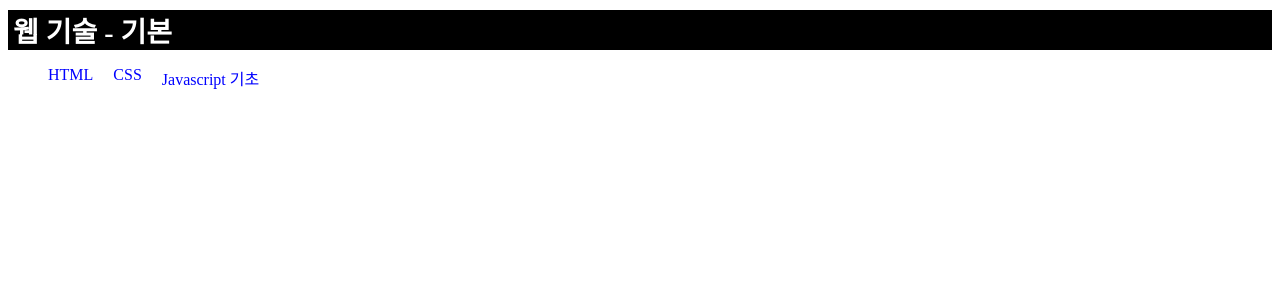
Repository: dudadab/Hhyundaiezwel_Academy
Page: CSS01/src/main/webapp/test1.html
These files come from the project's save history. The page is drawn as it stood at one moment and after a run of saves; the edit follows.
The browser window is 1280 px wide. The pictures show the whole page.

Above is the page before, as saved 2025-07-02 06:43:40.

### CSS01/src/main/webapp/test1.html
<!DOCTYPE html>
<html>
<head>
<meta charset="UTF-8">
<title>Insert title here</title>
	<style type="text/css">
    	.box h1 {
    		background-color:black;
    		color:white;
    		font-size:28px;
    		padding:0px 5px;
    		margin:10px 0;
    	}
    	.box ul{
    		list-style-type:none;
    		display:flex;
    		gap:20px;
    		color:blue;

    	}

	</style>
</head>
<body>
	<div class="box">
		<h1>웹 기술 - 기본</h1>
		<ul>
			<li id="HTML">HTML</li>
			<li id="CSS">CSS</li>
			<li id="Javascript">Javascript 기초</li>
		</ul>
	</div>
</body>
</html>

After the next 2 saves:
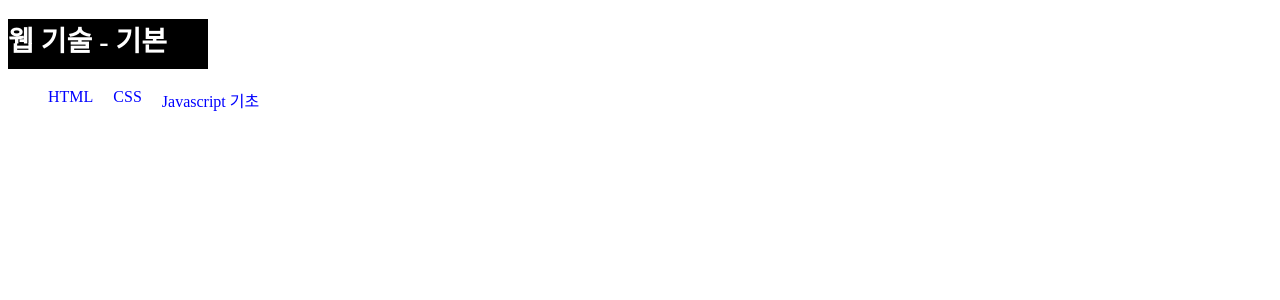
The 2 saves are shown as one change because they came seconds apart.
The last was saved 54 s later.
--- a/CSS01/src/main/webapp/test1.html
+++ b/CSS01/src/main/webapp/test1.html
@@ -8,8 +8,8 @@
     		background-color:black;
     		color:white;
     		font-size:28px;
-    		padding:0px 5px;
-    		margin:10px 0;
+    		width:200px;
+    		height:50px;
     	}
     	.box ul{
     		list-style-type:none;
